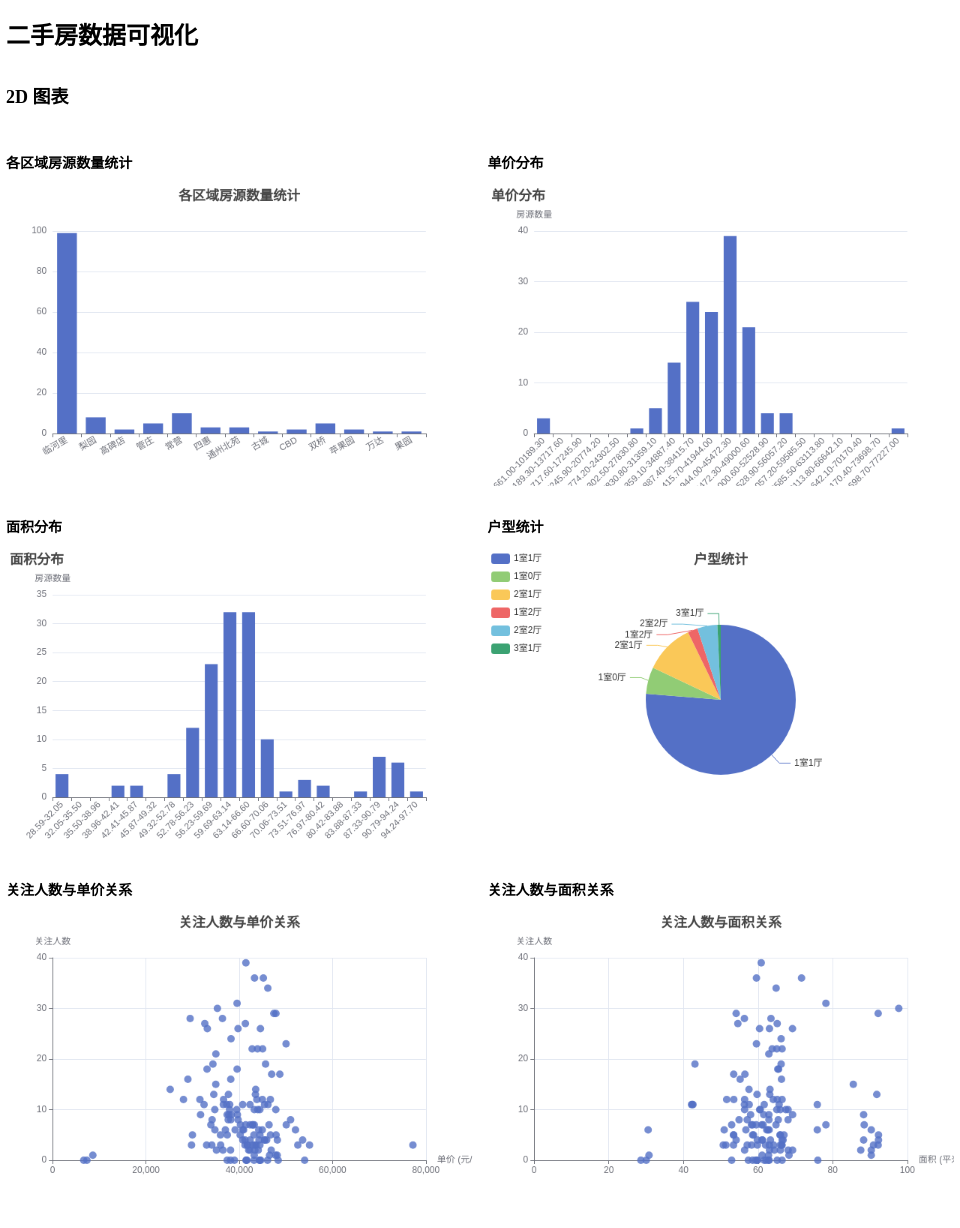
Repository: sakimi-9/DPV-SHP_BeiJing
Page: / (app in py_crawler/rendering/)
These files come from the project's save history. The page is drawn as it stood at one moment and after the next save; the edit follows.
The browser window is 1280 px wide. The pictures show the whole page, at 75% of full size.
The project was rebuilt for these pictures with package versions that can differ from the ones it lists, and the page was loaded fresh each time. Also part of the build but not shown: py_crawler/rendering/vite.config.ts.

Above is the page before, as saved 2025-05-22 15:53:25.

After the next save:
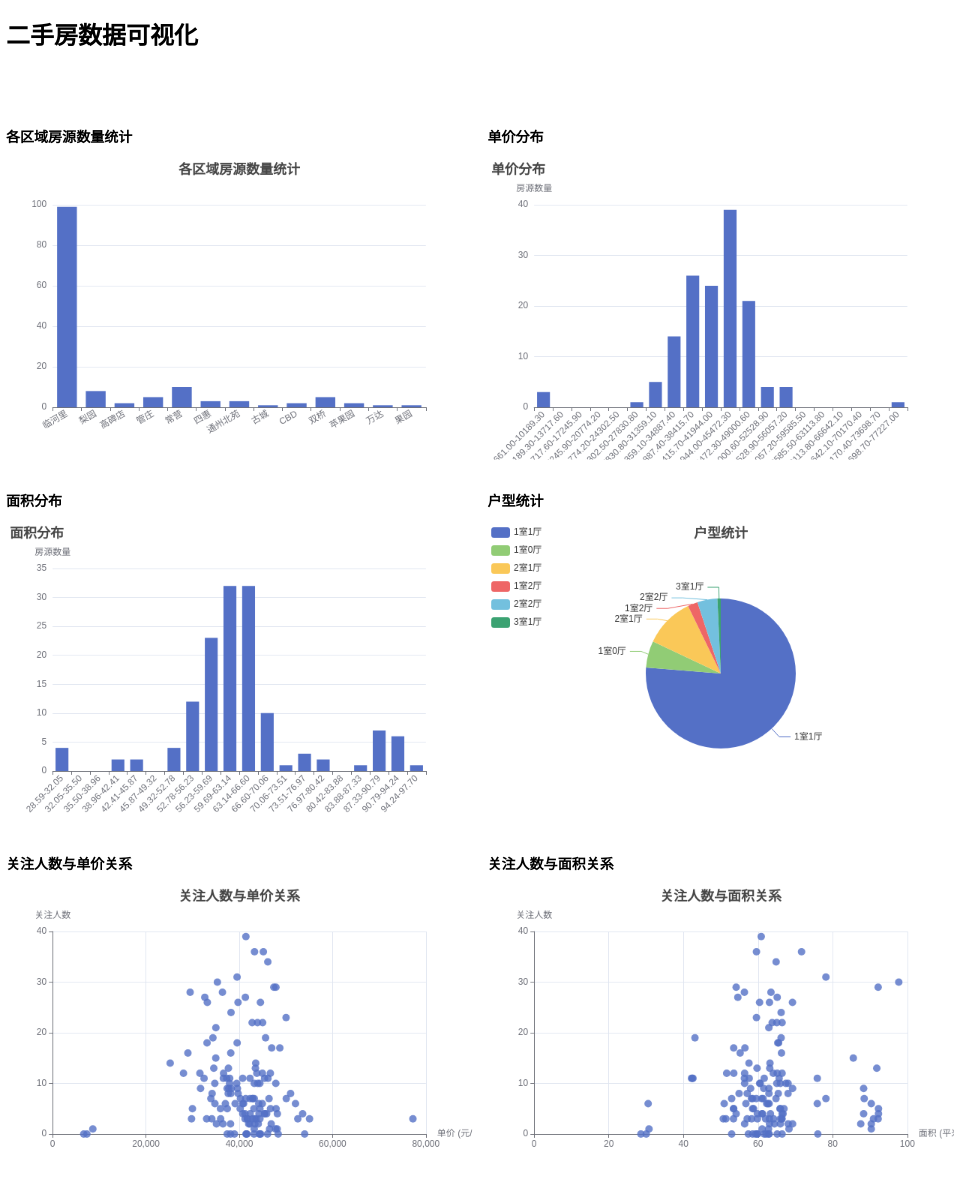
Saved 70 s later.
--- a/py_crawler/rendering/src/components/TwoDCharts.vue
+++ b/py_crawler/rendering/src/components/TwoDCharts.vue
@@ -1,6 +1,6 @@
 <template>
     <div class="charts-2d-container">
-        <h2>2D 图表</h2>
+        <h2></h2>
 
         <!-- 各区域房源数量统计 和 单价分布直方图 -->
         <div class="chart-row">
